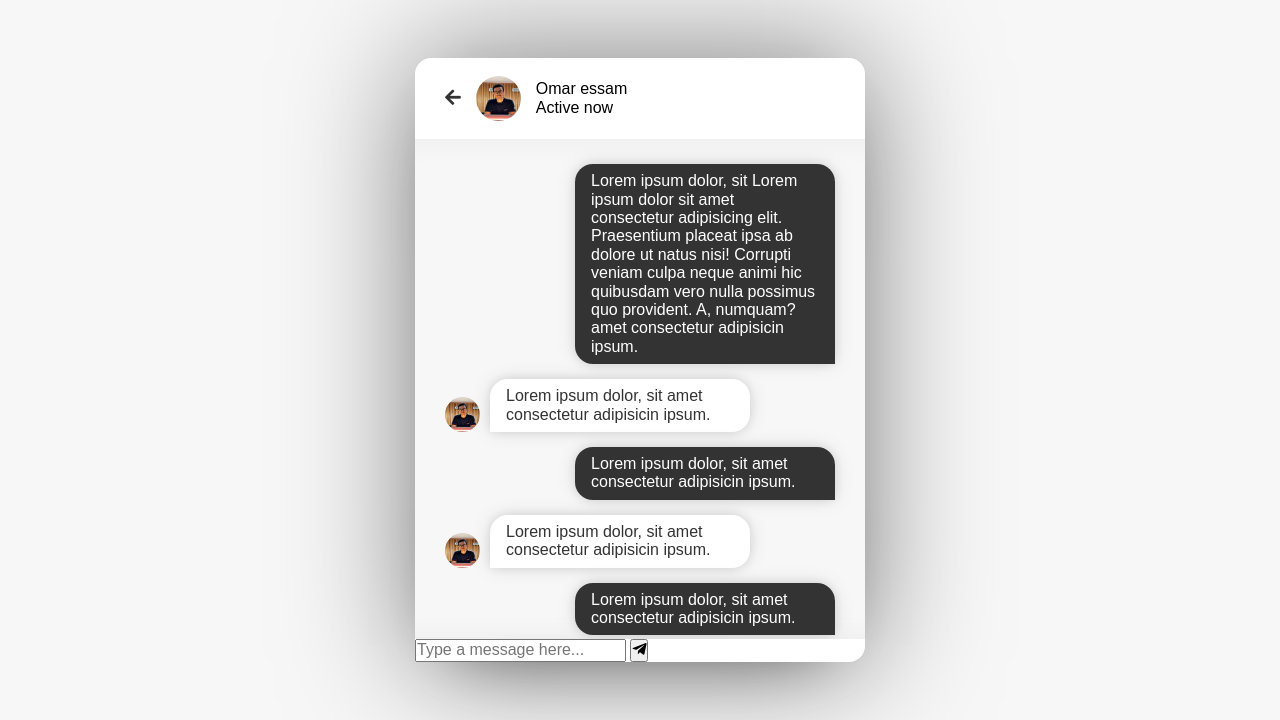
Repository: OmarEssameldinMousa/Chat-Application
Page: http://localhost/chat.php
The author's editor kept a copy of each file at every save. The page is drawn from the files as they stood at one save, then again after the next save.
The browser window is 1280 px wide. The pictures show the whole page.
An inner scrolling area shows only its first screen. The page is run by PHP 8.4 with error messages shown; the project is at /var/www/html/.

Above is the page before, as saved 2023-09-23 00:47:58.

### chat.php
<!DOCTYPE html>
<html lang="en">

<head>
    <meta charset="UTF-8">
    <meta name="viewport" content="width=device-width, initial-scale=1.0">
    <title>Realtime Chat App</title>
    <link rel="stylesheet" href="css/normalize.css">
    <link rel="stylesheet" href="css/all.min.css">
    <link rel="stylesheet" href="css/style.css">
</head>

<body>
    <div class="wrapper">
        <section class="chat-area">
            <header>
                <a href="" class="back-icon"><i class="fas fa-arrow-left"></i></a>
                <img src="images/124374760.jpg" alt="">
                <div class="details">
                    <span>Omar essam</span>
                    <p>Active now</p>
                </div>
            </header>

            <div class="chat-box">

                <div class="chat outgoing">
                    <div class="details">
                        <p>Lorem ipsum dolor, sit Lorem ipsum dolor sit amet consectetur adipisicing elit. Praesentium
                            placeat ipsa ab dolore ut natus nisi! Corrupti veniam culpa neque animi hic quibusdam vero
                            nulla possimus quo provident. A, numquam? amet consectetur adipisicin ipsum.</p>
                    </div>
                </div>

                <div class="chat incoming">
                    <img src="images/124374760.jpg" alt="">
                    <div class="details">
                        <p>Lorem ipsum dolor, sit amet consectetur adipisicin ipsum.</p>
                    </div>
                </div>


                <div class="chat outgoing">
                    <div class="details">
                        <p>Lorem ipsum dolor, sit amet consectetur adipisicin ipsum.</p>
                    </div>
                </div>

                <div class="chat incoming">
                    <img src="images/124374760.jpg" alt="">
                    <div class="details">
                        <p>Lorem ipsum dolor, sit amet consectetur adipisicin ipsum.</p>
                    </div>
                </div>


                <div class="chat outgoing">
                    <div class="details">
                        <p>Lorem ipsum dolor, sit amet consectetur adipisicin ipsum.</p>
                    </div>
                </div>

                <div class="chat incoming">
                    <img src="images/124374760.jpg" alt="">
                    <div class="details">
                        <p>Lorem ipsum dolor, sit amet consectetur adipisicin ipsum. Lorem ipsum dolor sit amet
                            consectetur adipisicing elit. At et voluptatem eaque voluptatum expedita delectus molestiae
                            est quidem consequatur numquam, corrupti, quis veritatis neque accusamus maiores explicabo
                            laboriosam sunt! Eaque?</p>
                    </div>
                </div>


                <div class="chat outgoing">
                    <div class="details">
                        <p>Lorem ipsum dolor, sit amet consectetur adipisicin ipsum.</p>
                    </div>
                </div>

                <div class="chat incoming">
                    <img src="images/124374760.jpg" alt="">
                    <div class="details">
                        <p>Lorem ipsum dolor, sit amet consectetur adipisicin ipsum.</p>
                    </div>
                </div>


                <div class="chat outgoing">
                    <div class="details">
                        <p>Lorem ipsum dolor, sit amet consectetur adipisicin ipsum.</p>
                    </div>
                </div>

                <div class="chat incoming">
                    <img src="images/124374760.jpg" alt="">
                    <div class="details">
                        <p>Lorem ipsum dolor, sit amet consectetur adipisicin ipsum.</p>
                    </div>
                </div>


            </div>

            <form action="" class="typing-area">
                <input type="text" placeholder="Type a message here...">
                <button><i class="fab fa-telegram-plane"></i></button>
            </form>
        </section>
    </div>
</body>

</html>

### css/style.css
* {
    margin: 0;
    padding: 0;
    box-sizing: border-box;
    text-decoration: none;
    font-family: 'Poppins', sans-serif;
}


body {
    display: flex;
    align-items: center;
    justify-content: center;
    min-height: 100vh;
    background: #f7f7f7;
}

.wrapper {
    background: #fff;
    width: 450px;
    border-radius: 16px;
    box-shadow: 0 0 128px 0 rgba(0, 0, 0, 0.5), 0 32px 64px -48px rgba(0, 0, 0, 0.5);
}

/* Signup Form*/
.form {
    padding: 25px 30px;
}

.form header {
    font-size: 25px;
    font-weight: 600;
    padding-bottom: 10px;
    border-bottom: 1px solid #e6e6e6;
}

.form form {
    margin: 20px 0;
}

.form form .error-txt {
    color: #721c24;
    background: #f8d7da;
    padding: 8px 10px;
    text-align: center;
    border-radius: 5px;
    margin-bottom: 10px;
    border: 1px solid #f5c6cb
}

.form form .name-details {
    display: flex;
}

form .name-details .field:first-child {
    margin-right: 10px;
}

form .name-details .field:last-child {
    margin-left: 10px;
}

.form form .field {
    display: flex;
    flex-direction: column;
    margin-bottom: 10px;
    position: relative;
}

.form form .field label {
    margin-bottom: 2px;
}


.form form .input input {
    outline: none;
}


.form form .input input {
    height: 40px;
    width: 100%;
    font-size: 16px;
    padding: 0 10px;
    border: 1px solid #ccc;
    border-radius: 5px;
}

.form form .image input {
    font-size: 17px;
}

.form form .button input {
    margin-top: 13px;
    height: 45px;
    border: none;
    font-size: 17px;
    font-weight: 500px;
    background: #333;
    color: #fff;
    border-radius: 5px;
    cursor: pointer;
}

.form form .field i {
    position: absolute;
    right: 15px;
    top: 70%;
    transform: translateY(-50%);
    cursor: pointer;
    color: #ccc;
}

.form .link {
    text-align: cetner;
    margin: 10px 0;
    font-size: 17px;
}

.form .link a {
    color: #333;
}

.form .link a:hover {
    text-decoration: underline;
}

.users {
    padding: 25px 30px;
}

.users header,
.users-list a {
    display: flex;
    align-items: center;
    justify-content: center;
    justify-content: space-between;
    border-bottom: 1px solid #e6e6e6;
    padding-bottom: 15px;

}

.wrapper img {
    object-fit: cover;
    border-radius: 50%;
}

:is(.users, .users-list) .content {
    display: flex;
    align-items: center;
}

.users header .content img {
    height: 50px;
    width: 50px;
}


:is(.users, .users-list) .details {
    color: #000;
    margin-left: 15px;
}

:is(.users, .users-list) .details span {
    font-size: 18px;
    font-weight: 500px;
}

.users header .Logout {
    color: #fff;
    padding: 7px 15px;
    background: #333;
    border-radius: 5px;
    font-size: 17px;
}

.users .search {
    margin: 20px 0;
    display: flex;
    justify-content: space-between;
    align-items: center;
    position: relative;
}

.users .search .text {
    font-size: 18px;
}

.users .search input {
    position: absolute;
    height: 43px;
    width: calc(100% - 50px);
    border: 1px solid #ccc;
    padding: 0 13px;
    font-size: 16px;
    border-radius: 5px;
    outline: none;
}

.users .search button {
    width: 47px;
    height: 43px;
    border: none;
    outline: none;
    color: #fff;
    background-color: #333;
    border-radius: 0 5px 5px 0;
    cursor: pointer;
    font-size: 17px;
}

.users-list {
    max-height: 350px;
    overflow-y: auto;
}

:is(.users-list, .chat-box)::-webkit-scrollbar {
    width: 0px;
}


.users-list a {
    padding-right: 10px;
    padding-bottom: 10px;
    margin-bottom: 10px;
    border-bottom-color: #f1f1f1;
}

.users-list a:last-child {
    border: none;
    margin-bottom: 0px;
}

.users-list a .content img {
    height: 40px;
    width: 40px;
}


.users header .content p {
    color: #67676a;
}

.users-list a .status-dot {
    font-size: 12px;
    color: #67676a;
}

/* to use the online status */
.users-list a .status-dot.offline {
    font-size: 12px;
    color: #468669;
}


/* Chat Area CSS style */

.chat-area header {
    display: flex;
    align-items: center;
    padding: 18px 30px;
}

.chat-area header .back-icon {
    font-size: 18px;
    color: #333;
}

.chat-area header img {
    height: 45px;
    width: 45px;
    margin: 0 15px;
}


.chat-area header span {
    font-size: 17x;
    font-weight: 500;
}

.chat-box {
    height: 500px;
    background-color: #f7f7f7;
    padding: 10px 30px 20px 30px;
    box-shadow: inset 0 32px 32px -32px rgb(0 0 0/ 5%),
        inset 0 -32px 32px -32px rgb(0 0 0/ 5%);
    overflow-y: auto;
}

.chat-box .chat {
    margin: 15px 0;
}

.chat-box .chat p {
    word-wrap: break-word;
    padding: 8px 16px;
    box-shadow: 0px 0px 12px 0px rgba(0, 0, 0, 10%), 0px 0px 20px 0px rgb(0 0 0 / 10%);
}

.chat-box .outgoing {
    display: flex;
}

.outgoing .details {
    margin-left: auto;
    max-width: calc(100% - 130px);
    /* margin-bottom: 15px; */
}

.outgoing .details p {
    border-radius: 18px 18px 0 18px;
    background-color: #333;
    color: #fff;
}


.chat-box .incoming {
    display: flex;
    align-items: flex-end;
}

.chat-box .incoming img {
    height: 35px;
    width: 35px;
}

.incoming .details {
    margin-left: 10px;
    margin-right: auto;
    max-width: calc(100% - 130px);
}

.incoming .details p {
    background-color: #fff;
    align-items: center;
    color: #333;
    border-radius: 18px 18px 18px 0;
}

Loaded but not shown: css/normalize.css (library); css/all.min.css (library)

After the next save:
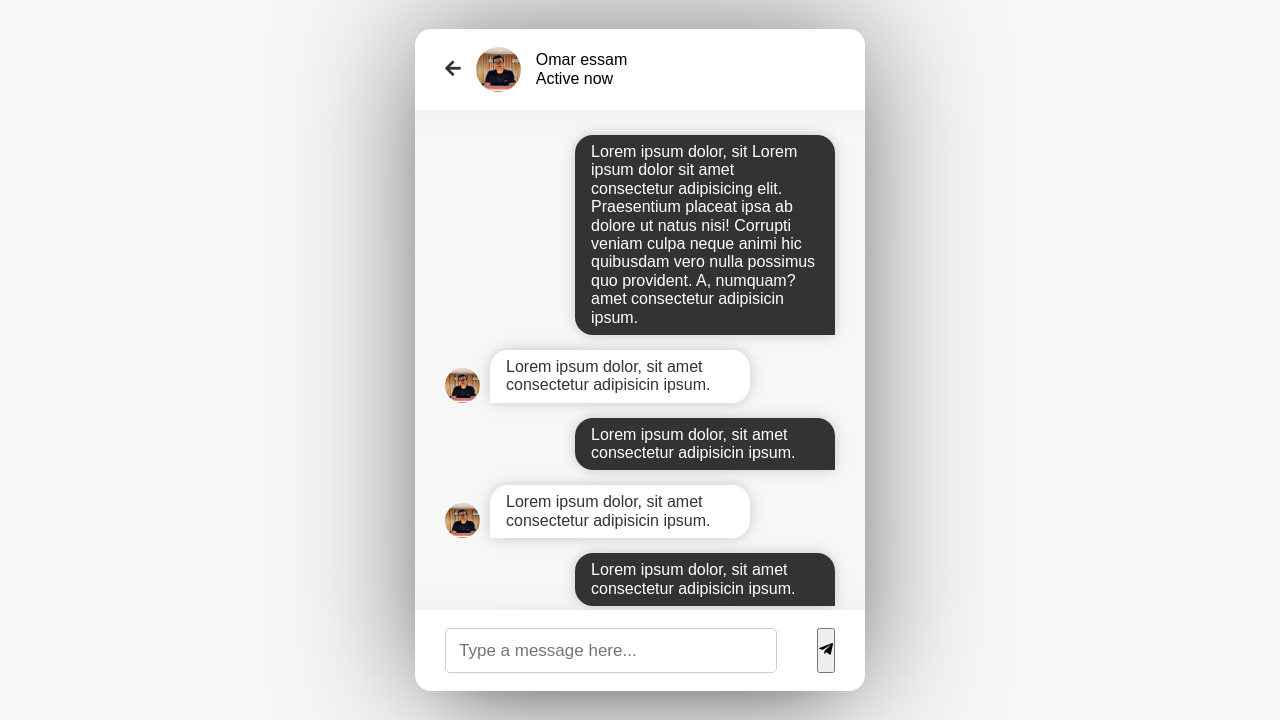
Saved 2 min 58 s later.
--- a/css/style.css
+++ b/css/style.css
@@ -336,3 +336,19 @@ form .name-details .field:last-child {
     color: #333;
     border-radius: 18px 18px 18px 0;
 }
+
+.chat-area .typing-area {
+    padding: 18px 30px;
+    display: flex;
+    justify-content: space-between;
+}
+
+.typing-area input {
+    height: 45px;
+    width: calc(100% - 58px);
+    font-size: 17px;
+    border: 1px solid #ccc;
+    padding: 0 13px;
+    border-radius: 5px;
+    outline: none;
+}
